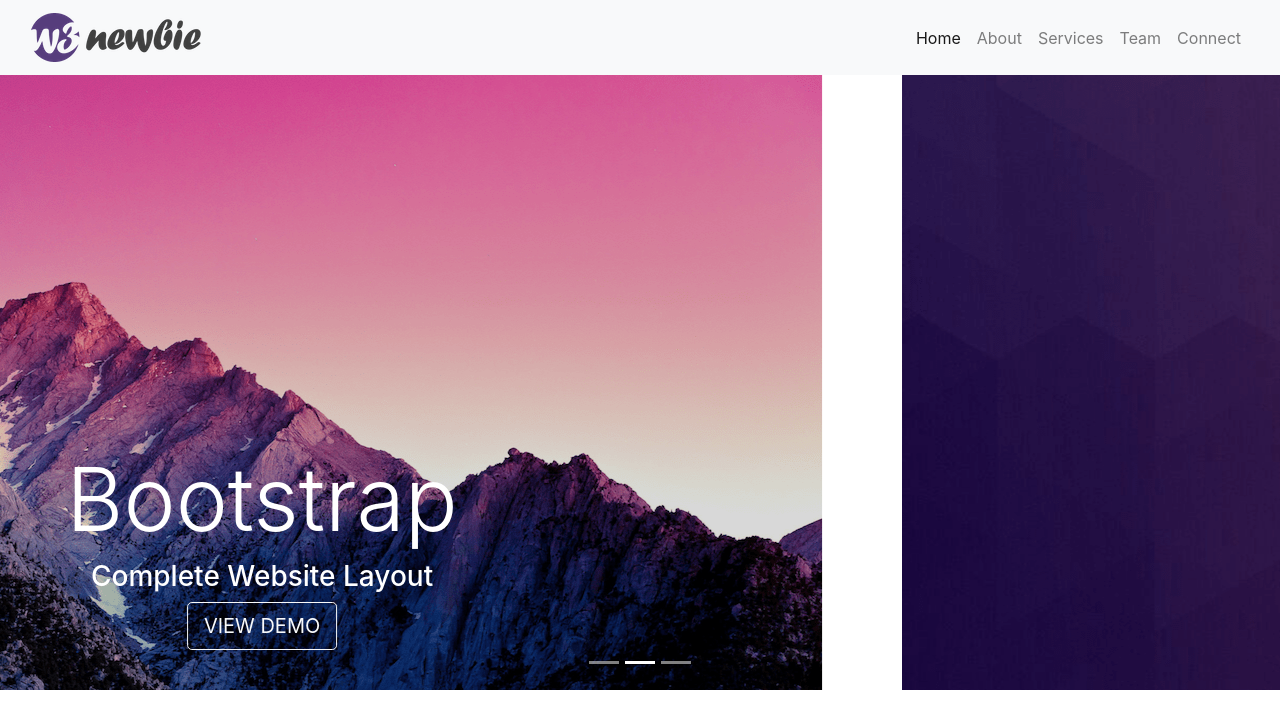
Repository: rkyankya/Bootstrap-1
Page: index.html
These files come from the project's save history. The page is drawn as it stood at one moment and after the next save; the edit follows.
The browser window is 1280 px wide. The pictures show the whole page.
Some web libraries are served in a nearby version.

Above is the page before, as saved 2019-12-15 10:48:10.

### index.html
<!DOCTYPE html>
<html lang="en">

<head>
    <meta charset="utf-8">
    <meta name="viewport" content="width=device-width, initial-scale=1">
    <title>Complete Bootstrap 4 Website Layout</title>
    <link rel="stylesheet" href="https://maxcdn.bootstrapcdn.com/bootstrap/4.0.0/css/bootstrap.min.css">
    <script src="https://ajax.googleapis.com/ajax/libs/jquery/3.3.1/jquery.min.js"></script>
    <script src="https://cdnjs.cloudflare.com/ajax/libs/popper.js/1.12.9/umd/popper.min.js"></script>
    <script src="https://maxcdn.bootstrapcdn.com/bootstrap/4.0.0/js/bootstrap.min.js"></script>
    <script src="https://use.fontawesome.com/releases/v5.0.8/js/all.js"></script>
    <link href="style.css" rel="stylesheet">
</head>

<body>

    <!-- Navigation -->
    <nav class="navbar navbar-expand-md navbar-light bg-light sticky-top">
        <div class="container-fluid">
            <a class="navbar-brand" href="#"><img src="img/logo.png" alt="#"></a>
            <button class="navbar-toggler" type="button" data-toggler="collapse" data-target="#navbarResponsive">
              <span class="navbar-toggler-icon"></span>
            </button>
            <div class="collapse navbar-collapse" id="navbarResponsive">
                <ul class="navbar-nav ml-auto">
                    <li class="nav-item active">
                        <a class="nav-link" href="#">Home</a>
                    </li>
                    <li class="nav-item">
                        <a class="nav-link" href="#">About</a>
                    </li>
                    <li class="nav-item">
                        <a class="nav-link" href="#">Services</a>
                    </li>
                    <li class="nav-item">
                        <a class="nav-link" href="#">Team</a>
                    </li>
                    <li class="nav-item">
                        <a class="nav-link" href="#">Connect</a>
                    </li>
                </ul>
            </div>
        </div>
    </nav>

    <!--- Image Slider -->
    <div id="slides" class="carousel slide" data-ride="carousel">
        <ul class="carousel-indicators">
            <li data-target="#slides" data-slide-to="0" class="active"></li>
            <li data-target="#slides" data-slide-to="1"></li>
            <li data-target="#slides" data-slide-to="2"></li>
        </ul>
        <div class="carousel-inner">
            <div class="carousel-item active">
                <img src="img/background.png" alt="#">
                <div class="carousel-caption">
                    <h1 class="display-2">Bootstrap</h1>
                    <h3>Complete Website Layout</h3>
                    <button type="button" class="btn btn-outline-light btn-lg">VIEW DEMO</button>
                </div>
            </div>
            <div class="carousel-item">
                <img src="img/background2.png" alt="#">
            </div>
            <div class="carousel-item">
                <img src="img/background3.png" alt="#">
            </div>
        </div>
    </div>

    <!--- Jumbotron -->


    <!--- Welcome Section -->


    <!--- Three Column Section -->


    <!--- Two Column Section -->


    <!--- Fixed background -->


    <!--- Emoji Section -->


    <!--- Meet the team -->


    <!--- Cards -->


    <!--- Two Column Section -->


    <!--- Connect -->


    <!--- Footer -->




</body>

</html>

### style.css
@import url('https://fonts.googleapis.com/css?family=Poppins:400,500,700');











/*---Media Queries --*/
@media (max-width: 992px) {

  }
@media (max-width: 768px) {

}
@media (max-width: 576px) {

}


/*---Firefox Bug Fix --*/
.carousel-item {
  transition: -webkit-transform 0.5s ease;
  transition: transform 0.5s ease;
  transition: transform 0.5s ease, -webkit-transform 0.5s ease;
  -webkit-backface-visibility: visible;
  backface-visibility: visible;
}
/*--- Fixed Background Image --*/
figure {
  position: relative;
  width: 100%;
  height: 60%;
  margin: 0!important;
}
.fixed-wrap {
  clip: rect(0, auto, auto, 0);
  position: absolute;
  top: 0;
  left: 0;
  width: 100%;
  height: 100%;
}
#fixed {
  background-image: url('img/mac.png');
  position: fixed;
  display: block;
  top: 0;
  left: 0;
  width: 100%;
  height: 100%;
  background-size: cover;
  background-position: center center;
  -webkit-transform: translateZ(0);
          transform: translateZ(0);
  will-change: transform;
}
/*--- Bootstrap Padding Fix --*/
[class*="col-"] {
    padding: 1rem;
}





/*
Extra small (xs) devices (portrait phones, less than 576px)
No media query since this is the default in Bootstrap

Small (sm) devices (landscape phones, 576px and up)
@media (min-width: 576px) { ... }

Medium (md) devices (tablets, 768px and up)
@media (min-width: 768px) { ... }

Large (lg) devices (desktops, 992px and up)
@media (min-width: 992px) { ... }

Extra (xl) large devices (large desktops, 1200px and up)
@media (min-width: 1200px) { ... }
*/

After the next save:
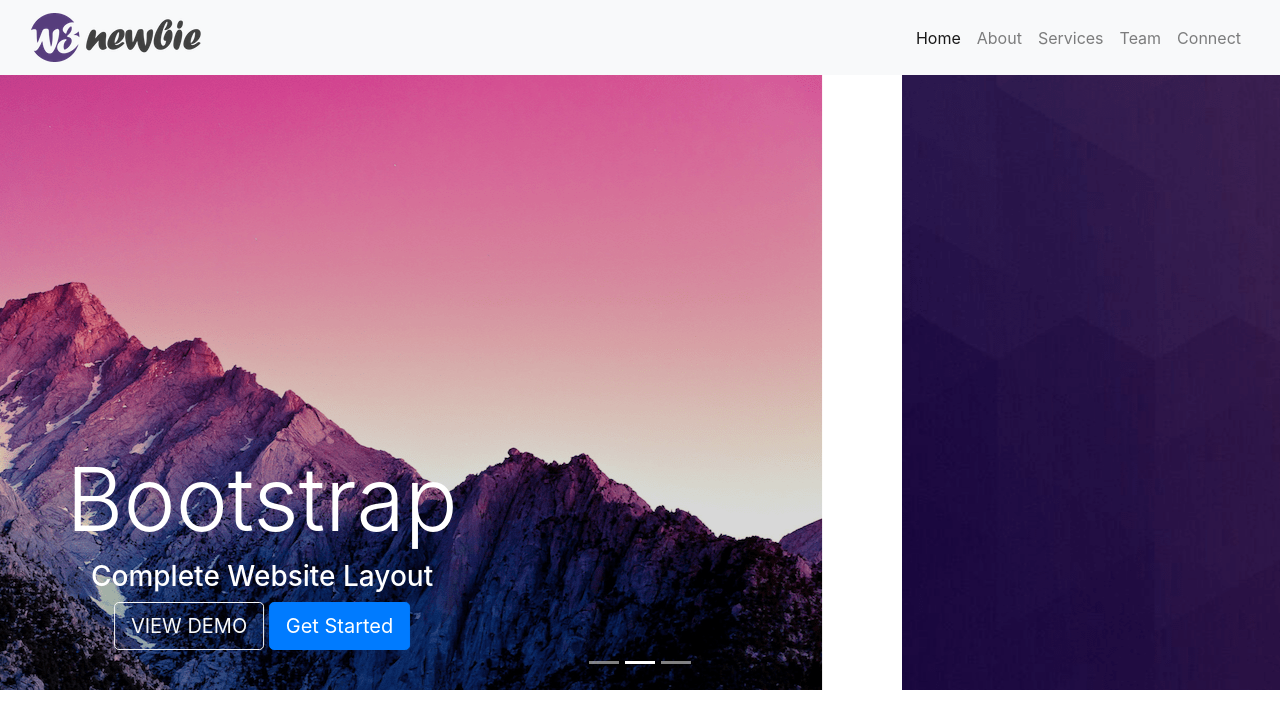
Saved 5 h 34 min later.
--- a/index.html
+++ b/index.html
@@ -58,6 +58,7 @@
                     <h1 class="display-2">Bootstrap</h1>
                     <h3>Complete Website Layout</h3>
                     <button type="button" class="btn btn-outline-light btn-lg">VIEW DEMO</button>
+                    <button type="button" class="btn btn-primary btn-lg">Get Started</button>
                 </div>
             </div>
             <div class="carousel-item">
